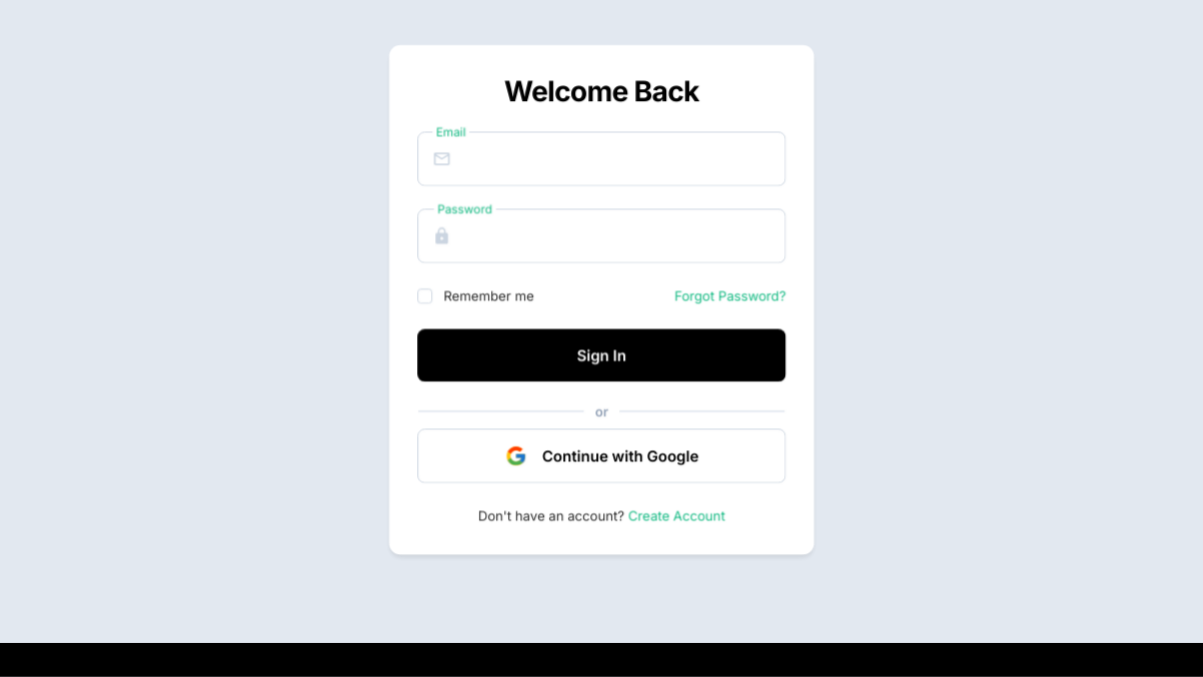
Repository: ilovegames507/twebsite-2
Page: frontend/public/login&signup.html
The author's editor kept a copy of each file at every save. The page is drawn from the files as they stood at one save, then again after the next save.
The browser window is 1280 px wide. The pictures show the whole page, at 94% of full size.
Pictures or frames that could not be fetched are drawn as grey boxes.

Above is the page before, as saved 2025-03-18 21:02:16.
Console error: SyntaxError: Cannot use import statement outside a module

### frontend/public/login&signup.html
<!DOCTYPE html>
<html lang="en">

<head>
  <meta charset="UTF-8" />
  <meta name="viewport" content="width=device-width, initial-scale=1.0" />
  <link rel="preconnect" href="https://fonts.googleapis.com" />
  <link rel="preconnect" href="https://fonts.gstatic.com" crossorigin />
  <link
    href="https://fonts.googleapis.com/css2?family=Inter:ital,opsz,wght@0,14..32,100..900;1,14..32,100..900&family=Source+Code+Pro:ital,wght@0,200..900;1,200..900&display=swap"
    rel="stylesheet" />
  <link rel="stylesheet" href="styles/modern-normalize.css" />
  <link rel="stylesheet" href="styles/global.css" />
  <link rel="stylesheet" href="styles/components/header.css" />
  <link rel="stylesheet" href="styles/components/login&signup.css" />
  <link rel="stylesheet" href="styles/components/footer.css" />
  <link rel="stylesheet" href="styles/utils.css" />
  <script src="src/main.js"></script>
  <link rel="icon" type="image/x-icon" href="/src/Images/favicon.ico">
  <title>Marcelins Auto Repair</title>
</head>

<body>
  <header class="header"></header>
  <section class="auth">
    <div class="auth__container">
      <div class="auth__form active" id="loginForm">
        <h2 class="auth__title">Welcome Back</h2>
        <form class="auth__content">
          <div class="auth__field">
            <input type="email" class="auth__input" id="loginEmail" required>
            <label class="auth__label" for="loginEmail">Email</label>
            <svg class="auth__icon" xmlns="http://www.w3.org/2000/svg" viewBox="0 0 24 24" fill="currentColor">
              <path
                d="M20 4H4c-1.1 0-1.99.9-1.99 2L2 18c0 1.1.9 2 2 2h16c1.1 0 2-.9 2-2V6c0-1.1-.9-2-2-2zm0 14H4V8l8 5 8-5v10zm-8-7L4 6h16l-8 5z" />
            </svg>
          </div>

          <div class="auth__field">
            <input type="password" class="auth__input" id="loginPassword" required>
            <label class="auth__label" for="loginPassword">Password</label>
            <svg class="auth__icon" xmlns="http://www.w3.org/2000/svg" viewBox="0 0 24 24" fill="currentColor">
              <path
                d="M18 8h-1V6c0-2.76-2.24-5-5-5S7 3.24 7 6v2H6c-1.1 0-2 .9-2 2v10c0 1.1.9 2 2 2h12c1.1 0 2-.9 2-2V10c0-1.1-.9-2-2-2zm-6 9c-1.1 0-2-.9-2-2s.9-2 2-2 2 .9 2 2-.9 2-2 2zm3.1-9H8.9V6c0-1.71 1.39-3.1 3.1-3.1 1.71 0 3.1 1.39 3.1 3.1v2z" />
            </svg>
          </div>

          <div class="auth__options">
            <label class="auth__remember">
              <input type="checkbox" class="auth__checkbox">
              <span class="auth__checkmark"></span>
              Remember me
            </label>
            <a href="#forgot" class="auth__link">Forgot Password?</a>
          </div>

          <button type="submit" class="auth__button">Sign In</button>

          <button type="button" class="auth__button auth__button--google">
            <svg class="auth__google-icon" xmlns="http://www.w3.org/2000/svg" x="0px" y="0px" width="100" height="100"
              viewBox="0 0 48 48">
              <path fill="#FFC107"
                d="M43.611,20.083H42V20H24v8h11.303c-1.649,4.657-6.08,8-11.303,8c-6.627,0-12-5.373-12-12c0-6.627,5.373-12,12-12c3.059,0,5.842,1.154,7.961,3.039l5.657-5.657C34.046,6.053,29.268,4,24,4C12.955,4,4,12.955,4,24c0,11.045,8.955,20,20,20c11.045,0,20-8.955,20-20C44,22.659,43.862,21.35,43.611,20.083z">
              </path>
              <path fill="#FF3D00"
                d="M6.306,14.691l6.571,4.819C14.655,15.108,18.961,12,24,12c3.059,0,5.842,1.154,7.961,3.039l5.657-5.657C34.046,6.053,29.268,4,24,4C16.318,4,9.656,8.337,6.306,14.691z">
              </path>
              <path fill="#4CAF50"
                d="M24,44c5.166,0,9.86-1.977,13.409-5.192l-6.19-5.238C29.211,35.091,26.715,36,24,36c-5.202,0-9.619-3.317-11.283-7.946l-6.522,5.025C9.505,39.556,16.227,44,24,44z">
              </path>
              <path fill="#1976D2"
                d="M43.611,20.083H42V20H24v8h11.303c-0.792,2.237-2.231,4.166-4.087,5.571c0.001-0.001,0.002-0.001,0.003-0.002l6.19,5.238C36.971,39.205,44,34,44,24C44,22.659,43.862,21.35,43.611,20.083z">
              </path>
            </svg>
            Continue with Google
          </button>

          <p class="auth__text">Don't have an account?
            <a href="#signup" class="auth__link auth__link--switch">Create Account</a>
          </p>
        </form>
      </div>

      <div class="auth__form" id="signupForm">
        <h2 class="auth__title">Create Account</h2>
        <form class="auth__content">
          <div class="auth__field">
            <input type="text" class="auth__input" id="signupName" required>
            <label class="auth__label" for="signupName">Full Name</label>
            <svg class="auth__icon" xmlns="http://www.w3.org/2000/svg" viewBox="0 0 24 24" fill="currentColor">
              <path
                d="M12 12c2.21 0 4-1.79 4-4s-1.79-4-4-4-4 1.79-4 4 1.79 4 4 4zm0 2c-2.67 0-8 1.34-8 4v2h16v-2c0-2.66-5.33-4-8-4z" />
            </svg>
          </div>

          <div class="auth__field">
            <input type="email" class="auth__input" id="signupEmail" required>
            <label class="auth__label" for="signupEmail">Email</label>
            <svg class="auth__icon" xmlns="http://www.w3.org/2000/svg" viewBox="0 0 24 24" fill="currentColor">
              <path
                d="M20 4H4c-1.1 0-1.99.9-1.99 2L2 18c0 1.1.9 2 2 2h16c1.1 0 2-.9 2-2V6c0-1.1-.9-2-2-2zm0 14H4V8l8 5 8-5v10zm-8-7L4 6h16l-8 5z" />
            </svg>
          </div>

          <div class="auth__field">
            <input type="password" class="auth__input" id="signupPassword" required>
            <label class="auth__label" for="signupPassword">Password</label>
            <svg class="auth__icon" xmlns="http://www.w3.org/2000/svg" viewBox="0 0 24 24" fill="currentColor">
              <path
                d="M18 8h-1V6c0-2.76-2.24-5-5-5S7 3.24 7 6v2H6c-1.1 0-2 .9-2 2v10c0 1.1.9 2 2 2h12c1.1 0 2-.9 2-2V10c0-1.1-.9-2-2-2zm-6 9c-1.1 0-2-.9-2-2s.9-2 2-2 2 .9 2 2-.9 2-2 2zm3.1-9H8.9V6c0-1.71 1.39-3.1 3.1-3.1 1.71 0 3.1 1.39 3.1 3.1v2z" />
            </svg>
          </div>

          <div class="auth__field">
            <input type="password" class="auth__input" id="signupConfirm" required>
            <label class="auth__label" for="signupConfirm">Confirm Password</label>
            <svg class="auth__icon" xmlns="http://www.w3.org/2000/svg" viewBox="0 0 24 24" fill="currentColor">
              <path
                d="M18 8h-1V6c0-2.76-2.24-5-5-5S7 3.24 7 6v2H6c-1.1 0-2 .9-2 2v10c0 1.1.9 2 2 2h12c1.1 0 2-.9 2-2V10c0-1.1-.9-2-2-2zm-6 9c-1.1 0-2-.9-2-2s.9-2 2-2 2 .9 2 2-.9 2-2 2zm3.1-9H8.9V6c0-1.71 1.39-3.1 3.1-3.1 1.71 0 3.1 1.39 3.1 3.1v2z" />
            </svg>
          </div>

          <button type="submit" class="auth__button">Sign Up</button>

          <button type="button" class="auth__button auth__button--google">
            <svg class="auth__google-icon" xmlns="http://www.w3.org/2000/svg" x="0px" y="0px" width="100" height="100"
              viewBox="0 0 48 48">
              <path fill="#FFC107"
                d="M43.611,20.083H42V20H24v8h11.303c-1.649,4.657-6.08,8-11.303,8c-6.627,0-12-5.373-12-12c0-6.627,5.373-12,12-12c3.059,0,5.842,1.154,7.961,3.039l5.657-5.657C34.046,6.053,29.268,4,24,4C12.955,4,4,12.955,4,24c0,11.045,8.955,20,20,20c11.045,0,20-8.955,20-20C44,22.659,43.862,21.35,43.611,20.083z">
              </path>
              <path fill="#FF3D00"
                d="M6.306,14.691l6.571,4.819C14.655,15.108,18.961,12,24,12c3.059,0,5.842,1.154,7.961,3.039l5.657-5.657C34.046,6.053,29.268,4,24,4C16.318,4,9.656,8.337,6.306,14.691z">
              </path>
              <path fill="#4CAF50"
                d="M24,44c5.166,0,9.86-1.977,13.409-5.192l-6.19-5.238C29.211,35.091,26.715,36,24,36c-5.202,0-9.619-3.317-11.283-7.946l-6.522,5.025C9.505,39.556,16.227,44,24,44z">
              </path>
              <path fill="#1976D2"
                d="M43.611,20.083H42V20H24v8h11.303c-0.792,2.237-2.231,4.166-4.087,5.571c0.001-0.001,0.002-0.001,0.003-0.002l6.19,5.238C36.971,39.205,44,34,44,24C44,22.659,43.862,21.35,43.611,20.083z">
              </path>
            </svg>
            Continue with Google
          </button>

          <p class="auth__text">Already have an account?
            <a href="#login" class="auth__link auth__link--switch">Sign In</a>
          </p>
        </form>
      </div>
    </div>
  </section>
  <footer class="footer"></footer>

  <script>
    document.querySelectorAll('.auth__input').forEach(input => {
      input.addEventListener('input', function () {
        this.classList.toggle('has-value', !!this.value);
      });
    });

    document.addEventListener('DOMContentLoaded', () => {
      const loginForm = document.getElementById('loginForm');
      const signupForm = document.getElementById('signupForm');
      const switchLinks = document.querySelectorAll('.auth__link--switch');

      switchLinks.forEach(link => {
        link.addEventListener('click', (e) => {
          e.preventDefault();
          loginForm.classList.toggle('active');
          signupForm.classList.toggle('active');
        });
      });

      const headerLogin = document.querySelector('.header__btn:first-child');
      const headerSignup = document.querySelector('.header__btn:last-child');

      if (headerLogin && headerSignup) {
        headerLogin.addEventListener('click', () => {
          document.querySelector('.auth').scrollIntoView({ behavior: 'smooth' });
          loginForm.classList.add('active');
          signupForm.classList.remove('active');
        });

        headerSignup.addEventListener('click', () => {
          document.querySelector('.auth').scrollIntoView({ behavior: 'smooth' });
          signupForm.classList.add('active');
          loginForm.classList.remove('active');
        });
      }
    });
  </script>
</body>

</html>

### frontend/public/styles/modern-normalize.css
/*! modern-normalize v3.0.1 | MIT License | https://github.com/sindresorhus/modern-normalize */

/*
Document
========
*/

/**
Use a better box model (opinionated).
*/

*,
::before,
::after {
  box-sizing: border-box;
}

html {
  /* Improve consistency of default fonts in all browsers. (https://github.com/sindresorhus/modern-normalize/issues/3) */
  font-family: system-ui, "Segoe UI", Roboto, Helvetica, Arial, sans-serif,
    "Apple Color Emoji", "Segoe UI Emoji";
  line-height: 1.15; /* 1. Correct the line height in all browsers. */
  -webkit-text-size-adjust: 100%; /* 2. Prevent adjustments of font size after orientation changes in iOS. */
  tab-size: 4; /* 3. Use a more readable tab size (opinionated). */
}

/*
Sections
========
*/

body {
  margin: 0; /* Remove the margin in all browsers. */
}

/*
Text-level semantics
====================
*/

/**
Add the correct font weight in Chrome and Safari.
*/

b,
strong {
  font-weight: bolder;
}

/**
1. Improve consistency of default fonts in all browsers. (https://github.com/sindresorhus/modern-normalize/issues/3)
2. Correct the odd 'em' font sizing in all browsers.
*/

code,
kbd,
samp,
pre {
  font-family: ui-monospace, SFMono-Regular, Consolas, "Liberation Mono", Menlo,
    monospace; /* 1 */
  font-size: 1em; /* 2 */
}

/**
Add the correct font size in all browsers.
*/

small {
  font-size: 80%;
}

/**
Prevent 'sub' and 'sup' elements from affecting the line height in all browsers.
*/

sub,
sup {
  font-size: 75%;
  line-height: 0;
  position: relative;
  vertical-align: baseline;
}

sub {
  bottom: -0.25em;
}

sup {
  top: -0.5em;
}

/*
Tabular data
============
*/

/**
Correct table border color inheritance in Chrome and Safari. (https://issues.chromium.org/issues/40615503, https://bugs.webkit.org/show_bug.cgi?id=195016)
*/

table {
  border-color: currentcolor;
}

/*
Forms
=====
*/

/**
1. Change the font styles in all browsers.
2. Remove the margin in Firefox and Safari.
*/

button,
input,
optgroup,
select,
textarea {
  font-family: inherit; /* 1 */
  font-size: 100%; /* 1 */
  line-height: 1.15; /* 1 */
  margin: 0; /* 2 */
}

/**
Correct the inability to style clickable types in iOS and Safari.
*/

button,
[type="button"],
[type="reset"],
[type="submit"] {
  appearance: button;
  -webkit-appearance: button;
}

/**
Remove the padding so developers are not caught out when they zero out 'fieldset' elements in all browsers.
*/

legend {
  padding: 0;
}

/**
Add the correct vertical alignment in Chrome and Firefox.
*/

progress {
  vertical-align: baseline;
}

/**
Correct the cursor style of increment and decrement buttons in Safari.
*/

::-webkit-inner-spin-button,
::-webkit-outer-spin-button {
  height: auto;
}

/**
1. Correct the odd appearance in Chrome and Safari.
2. Correct the outline style in Safari.
*/

[type="search"] {
  appearance: textfield;
  -webkit-appearance: textfield; /* 1 */
  outline-offset: -2px; /* 2 */
}

/**
Remove the inner padding in Chrome and Safari on macOS.
*/

::-webkit-search-decoration {
  -webkit-appearance: none;
}

/**
1. Correct the inability to style clickable types in iOS and Safari.
2. Change font properties to 'inherit' in Safari.
*/

::-webkit-file-upload-button {
  -webkit-appearance: button; /* 1 */
  font: inherit; /* 2 */
}

/*
Interactive
===========
*/

/*
Add the correct display in Chrome and Safari.
*/

summary {
  display: list-item;
}

### frontend/public/styles/global.css
:root {
  /* fonts */
  --font-primary: 'Inter', sans-serif;
  --font-secondary: 'Source Code Pro', monospace;

  /* colors */
  --clr-dark: #000000;
  --clr-gray: #2b2b2b;
  --clr-light: #e2e8f0;
  --clr-white: rgb(255, 255, 255);
  --clr-green: #10b981;
  --clr-green-hvr: #10996b;

  --clr-slate50: #f8fafc;
  --clr-slate100: #f1f5f9;
  --clr-slate300: #cbd5e1;
  --clr-text: #94a3b8;
  --clr-slate800: #1e293b;
  --clr-bg: #0a101f;

  --clr-muted: #4a5566;

  /* shadow */
  --shadow: 0 4px 6px -1px rgba(0, 0, 0, 0.1);

  /* transtion */
  --transition: all 0.3s cubic-bezier(0.4, 0, 0.2, 1);

  /* sizes */
  --size-xxs: 0.5rem;
  --size-xs: 0.75rem;
  --size-sm: 0.875rem;
  --size-base: 1rem;
  --size-lg: 1.125rem;
  --size-xl: 1.25rem;
  --size-2xl: 1.5rem;
  --size-3xl: 1.875rem;
  --size-4xl: 2.25rem;
  --size-5xl: 3rem;
  --size-6xl: 3.75rem;
  --size-7xl: 4.5rem;
  --size-8xl: 6rem;
  --size-9xl: 8rem;
  --size-10xl: 10rem;
}

* {
  margin: 0;
  padding: 0;
  line-height: calc(1em + 0.5rem);
  animation: fadeIn 0.5s cubic-bezier(0.4, 0, 0.2, 1) both;
  animation-delay: 0.01s;
}

body {
  font-family: var(--font-primary);
  background-color: var(--clr-light);
  color: var(--clr-dark);
}

img,
picture,
video,
canvas,
svg {
  display: block;
  max-width: 100%;
}

input,
button,
textarea,
select {
  font: inherit;
}

button {
  border: none;
  background: none;
  color: inherit;
  cursor: pointer;
}

h1,
h2,
h3,
h4,
h5,
h6 {
  letter-spacing: -0.025em;
}

p {
  color: var(--clr-text);
}

a {
  color: var(--clr-slate50);
}

strong {
  color: #ff0000;
  font-weight: 800;
}

button:focus-visible,
a:focus-visible {
  outline: solid var(--clr-light);
}

body::-webkit-scrollbar {
  width: 5px;
}

body::-webkit-scrollbar-track {
  box-shadow: inset 0 0 6 px rgba(0, 0, 0, 0);
}

body::-webkit-scrollbar-thumb {
  background: #bebebe;
  border-radius: 1000px;
}

body::-webkit-scrollbar-thumb:hover {
  background: #555;
}

@keyframes fadeIn {
  from {
    opacity: 0;
    transform: translateY(-20px);
  }

  to {
    opacity: 1;
    transform: translateY(0);
  }
}

h1,
h2,
h3,
h4,
h5,
h6 {
  animation-delay: 0.3s;
}

p,
a,
button {
  animation-delay: 0.4s;
}

img {
  animation-delay: 0.5s;
}

### frontend/public/styles/components/header.css
.header {
  position: sticky;
  top: 0;
  background: var(--clr-white);
  backdrop-filter: blur(8px);
  z-index: 9999;
  box-shadow: var(--shadow);
}

.header__container {
  display: flex;
  justify-content: space-between;
  align-items: center;
  padding: 1rem 1.5rem;
  max-width: 1440px;
  margin: 0 auto;
}

.header__title-container{
  display: flex;
  flex-direction: row;
  gap: 10px;
}

.header__title {
  color: var(--clr-dark);
  font-family: var(--font-primary);
  font-size: var(--size-2xl);
  font-weight: 700;
  letter-spacing: -0.025em;
  text-decoration: none;
  transition: var(--transition);
  display: inline-flex;
  align-items: center;
  gap: 1rem;
}

.header__title-text {
  transition: var(--transition);
}

.header__logo {
  background-image: linear-gradient(rgba(0, 0, 0, 0.5), rgba(0, 0, 0, 0.5)),
    url('https://placehold.co/1920x1080');
  max-width: 50px;
  max-height: 50px;
  height: auto;
  cursor: pointer;
  outline: 2px solid var(--clr-dark);
  transition: var(--transition);
  border-radius: 50%;
}

.header__nav {
  display: flex;
  gap: 2rem;
  align-items: center;
}

.header__link {
  color: var(--clr-dark);
  font-family: var(--font-primary);
  font-size: 0.875rem;
  font-weight: 500;
  text-decoration: none;
  transition: var(--transition);
  padding: 0.5rem 1rem;
  border-radius: 0.375rem;
}

.header__link:hover {
  background: rgba(255, 255, 255, 0.1);
}

.header__btn {
  background: var(--clr-accent);
  color: var(--clr-light);
  background: var(--clr-dark);
  padding: 0.5rem 1.25rem;
  border-radius: 0.375rem;
  font-weight: 600;
  transition: var(--transition);
}

.header__btn:hover {
  background: var(--clr-gray);
}

.header__bars {
  display: none;
  color: var(--clr-light);
  background: none;
  padding: 0.5rem;
  border-radius: 0.375rem;
}

@media (max-width: 825px) {
  .header__nav {
    display: none;
  }

  .header__bars {
    display: block;
  }

  .header__title-text {
    display: block;
  }

  .header__logo {
    display: none;
  }

  .header--mobile-open .header__nav {
    display: flex;
    flex-direction: column;
    position: absolute;
    background: var(--clr-white);
    top: 100%;
    left: 0;
    right: 0;
    padding: 1rem;
    gap: 0.5rem;
  }

  .header--mobile-open .header__logo {
    display: block;
    max-width: 50px;
  }

  .header--mobile-open .header__link {
    width: 100%;
    text-align: center;
    padding: 0.75rem;
  }

  .header--mobile-open .header__btn-container {
    display: flex;
    flex-direction: column;
    gap: 0.5rem;
    margin-top: 1rem;
  }
}

@media (max-width: 768px) {
  .header__title {
    font-size: var(--size-base);
  }

  .header__logo {
    display: block;
    max-width: 60px;
  }
}

@media (max-width: 480px) {
  .header__logo {
    max-width: 50px;
  }

  .header__container {
    padding: 0.75rem 1rem;
  }
}

### frontend/public/styles/components/footer.css
html {
    height: 100%;
}

body {
    min-height: 100vh;
    display: flex;
    flex-direction: column;
}

main {
    flex: 1 0 auto;
    width: 100%;
}

.footer {
    background-color: var(--clr-dark);
    color: var(--clr-light);
    padding: var(--size-4xl) 0 0;
    margin-top: auto;
}

.footer__container {
    max-width: 1440px;
    margin: 0 auto;
    padding: 0 var(--size-2xl);
}

.footer__content {
    display: grid;
    grid-template-columns: repeat(auto-fit, minmax(250px, 1fr));
    gap: var(--size-2xl);
    padding-bottom: var(--size-4xl);
}

.footer__section {
    display: flex;
    flex-direction: column;
    gap: var(--size-base);
}

.footer__heading {
    font-size: var(--size-lg);
    font-weight: 600;
    margin-bottom: var(--size-xs);
    color: var(--clr-light);
}

.footer__text {
    font-size: var(--size-sm);
    color: var(--clr-slate300);
    line-height: 1.6;
}

.footer__link {
    color: var(--clr-slate300);
    text-decoration: none;
    font-size: var(--size-sm);
    transition: var(--transition);
}

.footer__link:hover {
    color: var(--clr-light);
    transform: translateX(4px);
}

.footer__socials {
    display: flex;
}

.footer__social-link {
    color: var(--clr-slate300);
    transition: var(--transition);
    padding: var(--size-4xl);
    display: flex;
}

.footer__social-link:hover {
    color: var(--clr-light);
    transform: translateY(-2px);
}

.footer__bottom {
    border-top: 1px solid rgba(255, 255, 255, 0.1);
    padding: var(--size-xl) 0;
    text-align: center;
}

.footer__copy {
    font-size: var(--size-sm);
    color: var(--clr-slate300);
    margin: 0;
}

@media (max-width: 768px) {
    .footer__content {
        grid-template-columns: 1fr;
        text-align: center;
    }

    .footer__section {
        align-items: center;
    }

    .footer__link:hover {
        transform: none;
    }
}

### frontend/public/styles/utils.css
/* xs */
/* @media (min-width: 475px) {} */

/* sm */
/* @media (min-width: 640px) {} */

/* md */
/* @media (min-width: 768px) {} */

/* lg */
/* @media (min-width: 1024px) {} */

/* xl */
/* @media (min-width: 1280px) {} */

/* 2xl */
/* @media (min-width: 1536px) {} */

.container {
    width: 100%;
    margin-inline: auto;
    padding-inline: 0.5rem;
  }

  .btn {
    display: inline-block;
    background-color: rgb(255, 255, 255);
    color: var(--clr-dark);
    padding: 0.5em 1em;
    font-weight: 500;
    border-radius: 6px;
    line-height: 1.75rem;
    text-decoration: none;
    transition: 0.2s ease-in-out;
  }

  .btn:hover {
    transform: translateY(2px);
    background-color: rgb(168, 168, 168);
  }

  btn:focus-visible {
    outline: solid var(--clr-text);
  }

  .section {
    margin-top: 5rem;
  }

  .title {
    text-transform: uppercase;
    margin-bottom: 1rem;
    font-family: var(--font-secondary);
    color: var(--clr-text);
    font-size: var(--size-base);
  }

  /* xs */
  @media (min-width: 475px) {
    .container {
      max-width: 475px;
    }
  }

  /* sm */
  @media (min-width: 640px) {
    .container {
      max-width: 640px;
    }

    .title {
      font-size: var(--size-sm);
    }
  }

  /* md */
  @media (min-width: 768px) {
    .container {
      max-width: 768px;
    }
  }

  /* lg */
  @media (min-width: 1024px) {
    .container {
      max-width: 1024px;
    }

    .section {
      margin-top: 10rem;
    }

    .title {
      font-size: var(--size-base);
    }
  }

  /* xl */
  @media (min-width: 1280px) {
    .container {
      max-width: 1280px;
    }
  }

  /* 2xl */
  @media (min-width: 1536px) {
    .container {
      max-width: 1536px;
    }
  }

Loaded but not shown: frontend/public/src/utils/footer.js (56 lines, source omitted); frontend/public/src/utils/header.js (40 lines, source omitted); frontend/public/src/main.js (5 lines, source omitted); frontend/public/styles/components/login&signup.css (255 lines, source omitted)

After the next save:
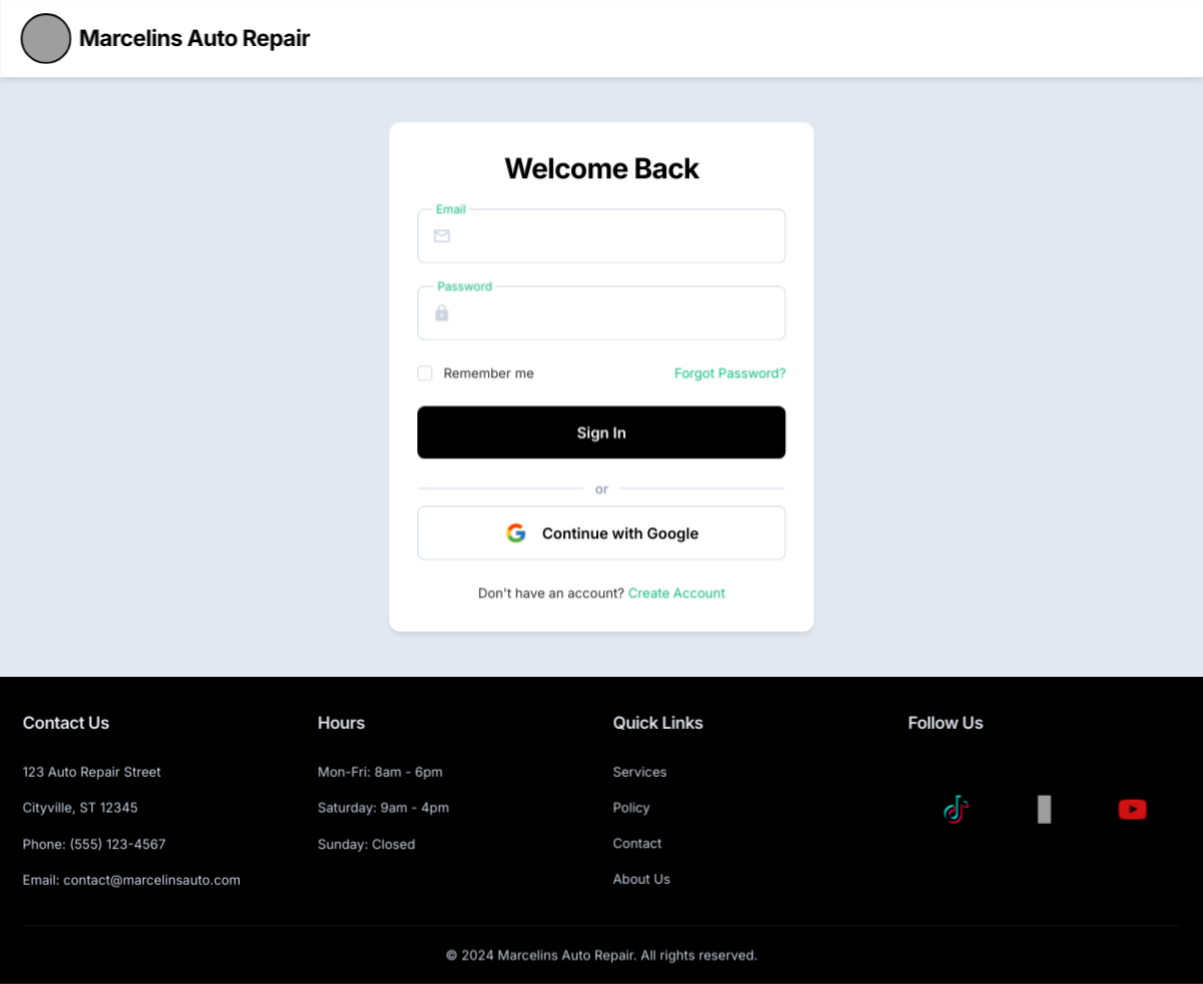
The error is gone.
Saved 22 s later.
--- a/frontend/public/login&signup.html
+++ b/frontend/public/login&signup.html
@@ -15,7 +15,7 @@
   <link rel="stylesheet" href="styles/components/login&signup.css" />
   <link rel="stylesheet" href="styles/components/footer.css" />
   <link rel="stylesheet" href="styles/utils.css" />
-  <script src="src/main.js"></script>
+  <script type="module" src="src/main.js"></script>
   <link rel="icon" type="image/x-icon" href="/src/Images/favicon.ico">
   <title>Marcelins Auto Repair</title>
 </head>
